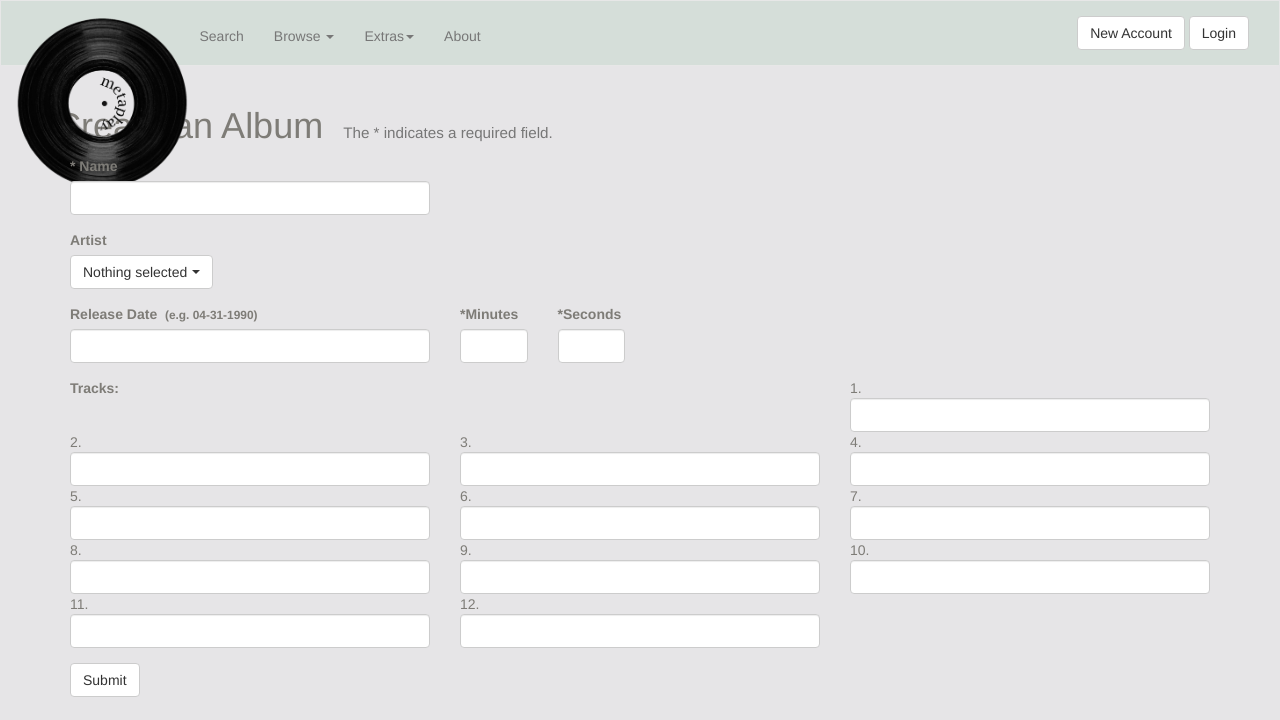
Repository: dRiott/Metaplay
Page: http://localhost/metaplay/WEB-INF/views/album_add.jsp
These files come from the project's save history. The page is drawn as it stood at one moment and after the next save; the edit follows.
The browser window is 1280 px wide. The pictures show the whole page.
Some web libraries are served in a nearby version. The page is served by Tomcat 9. Nobody is signed in. Other server files are loaded and not shown. The template is opened directly, without the code that normally fills it, so the values that code supplies are empty.

Above is the page before, as saved 2015-09-29 20:35:43.
Console error: TypeError: Cannot set properties of null (setting 'value')

### metaplay/src/main/webapp/WEB-INF/views/album_add.jsp
<%@ page language="java" contentType="text/html; charset=ISO-8859-1"
	pageEncoding="ISO-8859-1"%>
<%@ taglib uri="http://www.springframework.org/tags" prefix="spring"%>
<%@ taglib uri="http://www.springframework.org/tags/form" prefix="form"%>
<%@ taglib prefix="c" uri="http://java.sun.com/jsp/jstl/core"%>

<!DOCTYPE html>
<html>
<head>
<meta http-equiv="Content-Type" content="text/html; charset=ISO-8859-1">
<title>Album Manager</title>

<link rel="stylesheet" href="https://maxcdn.bootstrapcdn.com/bootstrap/3.3.4/css/bootstrap.min.css">
<link rel="stylesheet" href="<spring:url value="/resources/css/home.css"/>" type="text/css" />
<link rel="stylesheet" href="<spring:url value="/resources/css/bootstrap-select.min.css"/>" type="text/css" />
<script src="https://ajax.googleapis.com/ajax/libs/jquery/1.11.2/jquery.min.js"></script>
<script src="https://maxcdn.bootstrapcdn.com/bootstrap/3.3.4/js/bootstrap.min.js"></script>
<script src="<spring:url value="/resources/js/bootstrap-select.min.js"/>"></script>

</head>
<body>

	<jsp:include page="../views/fragments/landingPageFragment.jsp"></jsp:include>

	<div class="container">

		<div class="row">
			<h1>Create an Album&nbsp&nbsp<small><small>The * indicates a required field.</small></small></h1>
		</div>

		<spring:url value="/album/review" var="thisFormURL" />
		<form:form action="${thisFormURL}" method="post" modelAttribute="createAlbumWrapper" onsubmit="return validate(this);">
		<form:errors path="*" element="div" cssClass="errors"/>
	        	<div class="form-group">
					<div class="row">
						<div class="col-md-4">
							<label for="albumName">* Name</label>
							<form:input type="text" path="name" id="albumName" cssClass="form-control" cssErrorClass="has-error"/>
						</div>
					</div>
					<div class="form-group" style="float:clear;"></div>

						<!-- BEGIN Artist -->
					<div class="row">
						<div class="col-md-1">
							<label for="albumArtistName">Artist</label>
							<form:select path="artistFromList" cssClass="selectpicker" id="albumArtistName" >
								<form:options items="${artistOptions}" />
							</form:select>
						</div>
					</div>
					<div class="form-group" style="float:clear;"></div>
					<div class="form-group" id="newAlbumArtistName" style="display:none;">
						<hr/>
						<label for="newAlbumArtistName" style="font-style:italic;">New Artist:</label>
						<form:input cssClass="form-control" type="text" path="theNewArtist" id="newAlbumArtistNameInput" cssErrorClass="has-error" />
					<div class="form-group" style="float:clear;"></div>
						<label for="newAlbumArtistButton" style="font-style:italic;">Or...</label>
						<a href="<spring:url value="/artist/add"/>" class="btn btn-default">Go To Add Artist Page</a>
						<hr/>
					</div>
					<!-- END Artist -->

					<div class="form-group" style="float:clear;"></div>

					<div class="row">
						<div class="col-md-4">
							<label for="albumReleaseDate">Release Date&nbsp&nbsp<small>(e.g. 04-31-1990)</small></label>
							<form:input path="releaseDate" cssClass="form-control"
								id="albumReleaseDate" />
						</div>

						<div class="col-md-1">
							<label for="albumLengthMinutes">*Minutes</label>
							<form:input path="lengthMinutes" id="albumLengthSeconds"  cssClass="form-control"/>
						</div>

						<div class="col-md-1">
							<label for="albumLengthSeconds">*Seconds</label>
							<form:input path="lengthSeconds" id="albumLengthSeconds" cssClass="form-control"/>
						</div>
					</div>

					<div class="form-group" style="float:clear;"></div>

					<div class="row">
						<div class="col-md-8">
							<label for="albumTrack">Tracks: </label>
						</div>

						<div class="col-md-4 showNextTrack">
							<span>1. </span>
							<form:input path="tracks[0].name" cssClass="form-control" id="albumTrack1" />
						</div>
						<div class="col-md-4 showNextTrack">
							<span>2. </span>
							<form:input path="tracks[1].name" cssClass="form-control" id="albumTrack2" />
						</div>
						<div class="col-md-4 showNextTrack">
							<span>3. </span>
							<form:input path="tracks[2].name" cssClass="form-control" id="albumTrack3" />
						</div>
						<div class="col-md-4 showNextTrack">
							<span>4. </span>
							<form:input path="tracks[3].name" cssClass="form-control" id="albumTrack4" />
						</div>
						<div class="col-md-4">
							<span>5. </span>
							<form:input path="tracks[4].name" cssClass="form-control" id="albumTrack5" />
						</div>
						<div class="col-md-4">
							<span>6. </span>
							<form:input path="tracks[5].name" cssClass="form-control" id="albumTrack6" />
						</div>
						<div class="col-md-4">
							<span>7. </span>
							<form:input path="tracks[6].name" cssClass="form-control" id="albumTrack7" />
						</div>
						<div class="col-md-4 showNextTrack">
							<span>8. </span>
							<form:input path="tracks[7].name" cssClass="form-control" id="albumTrack8" />
						</div>
						<div class="col-md-4 showNextTrack">
							<span>9. </span>
							<form:input path="tracks[8].name" cssClass="form-control" id="albumTrack9" />
						</div>
						<div class="col-md-4 showNextTrack">
							<span>10. </span>
							<form:input path="tracks[9].name" cssClass="form-control" id="albumTrack10" />
						</div>
						<div class="col-md-4 showNextTrack">
							<span>11. </span>
							<form:input path="tracks[10].name" cssClass="form-control" id="albumTrack11" />
						</div>
						<div class="col-md-4" id="12">
							<span>12. </span>
							<form:input path="tracks[11].name" cssClass="form-control" id="albumTrack12" />
						</div>

						<div class="col-md-4" style="display:none;" id="13">
							<span>13. </span>
							<form:input path="tracks[12].name" cssClass="form-control" id="albumTrack13" />
						</div>
						<div class="col-md-4" style="display:none;" id="14">
							<span>14. </span>
							<form:input path="tracks[13].name" cssClass="form-control" id="albumTrack14" />
						</div>
						<div class="col-md-4" style="display:none;" id="15">
							<span>15. </span>
							<form:input path="tracks[14].name" cssClass="form-control" id="albumTrack15" />
						</div>
						<div class="col-md-4" style="display:none;" id="16">
							<span>16. </span>
							<form:input path="tracks[15].name" cssClass="form-control" id="albumTrack16" />
						</div>
						<div class="col-md-4" style="display:none;" id="17">
							<span>17. </span>
							<form:input path="tracks[16].name" cssClass="form-control" id="albumTrack17" />
						</div>
						<div class="col-md-4" style="display:none;" id="18">
							<span>18. </span>
							<form:input path="tracks[17].name" cssClass="form-control" id="albumTrack18" />
						</div>
						<div class="col-md-4" style="display:none;" id="19">
							<span>19. </span>
							<form:input path="tracks[18].name" cssClass="form-control" id="albumTrack19" />
						</div>
						<div class="col-md-4" style="display:none;" id="20">
							<span>20. </span>
							<form:input path="tracks[19].name" cssClass="form-control" id="albumTrack20" />
						</div>
						<div class="col-md-4" style="display:none;" id="21">
							<span>21. </span>
							<form:input path="tracks[20].name" cssClass="form-control" id="albumTrack21" />
						</div>
						<div class="col-md-4" style="display:none;" id="22">
							<span>22. </span>
							<form:input path="tracks[21].name" cssClass="form-control" id="albumTrack22" />
						</div>
						<div class="col-md-4" style="display:none;" id="23">
							<span>23. </span>
							<form:input path="tracks[22].name" cssClass="form-control" id="albumTrack23" />
						</div>
						<div class="col-md-4" style="display:none;" id="24">
							<span>24. </span>
							<form:input path="tracks[23].name" cssClass="form-control" id="albumTrack24" />
						</div>
						<div class="col-md-4" style="display:none;" id="25">
							<span>25. </span>
							<form:input path="tracks[24].name" cssClass="form-control" id="albumTrack25" />
						</div>
						<div class="col-md-4" style="display:none;" id="26">
							<span>26. </span>
							<form:input path="tracks[25].name" cssClass="form-control" id="albumTrack26" />
						</div>
						<div class="col-md-4" style="display:none;" id="27">
							<span>27. </span>
							<form:input path="tracks[26].name" cssClass="form-control" id="albumTrack27" />
						</div>
						<div class="col-md-4" style="display:none;" id="28">
							<span>28. </span>
							<form:input path="tracks[27].name" cssClass="form-control" id="albumTrack28" />
						</div>
						<div class="col-md-4" style="display:none;" id="29">
							<span>29. </span>
							<form:input path="tracks[28].name" cssClass="form-control" id="albumTrack29" />
						</div>
						<div class="col-md-4" style="display:none;" id="30">
							<span>30. </span>
							<form:input path="tracks[29].name" cssClass="form-control" id="albumTrack30" />
						</div>
					</div>

					<div class="form-group" style="float:clear;"></div>

					<button type="submit" class="btn btn-default">Submit</button>
				</div>
		</form:form>
	</div>

	<script src="<spring:url value="/resources/js/albumAddShowHide.js"/>"></script>

</body>
</html>

### metaplay/src/main/webapp/WEB-INF/views/fragments/landingPageFragment.jsp
<%@ taglib prefix="spring" uri="http://www.springframework.org/tags"%>
<%@ taglib prefix="c" uri="http://java.sun.com/jsp/jstl/core"%>
<%@ taglib uri="http://www.springframework.org/tags/form" prefix="form"%>

<nav class="navbar navbar-default">
	<div class="container-fluid drNavDiv">

		<!-- Logo -->
		<div class="imageLogoDiv" >
			<a class="navbar-brand" href="<spring:url value="/"/>">
				<img class="imageLogo logo" src="<spring:url value="/resources/img/vinylDark.gif" />" id="logo"	alt="logoDark.gif" style="width:auto\9"/>
				<img class="imageLogoLayer logo" src="<spring:url value="/resources/img/vinyl.gif" />" id="logoLightLayer" alt="logoLight.gif" style="width:auto\9"/>
			</a>
		</div>

		<!-- BEGIN HEADER LINKS -->
		<div class="DRnavBarDiv">
			<ul class="nav navbar-nav" style="padding-top: 10px;">

				<!-- Search -->
				<li><a id="searchLink" href="<spring:url value="/search"/>">Search</a></li>

				<!-- Browse -->
				<li class="dropdown"><a href="#" class="dropdown-toggle"
					data-toggle="dropdown" role="button" aria-expanded="false">Browse <span class="caret"></span></a>
					<ul class="dropdown-menu" role="menu">
						<li><a href="<spring:url value="/browse/accounts"/>">Accounts</a></li>
						<li><a href="<spring:url value="/browse/albums"/>">Albums</a></li>
						<li><a href="<spring:url value="/browse/artists"/>">Artists</a></li>
						<li><a href="<spring:url value="/browse/genres"/>">Genres</a></li>
						<li><a href="<spring:url value="/browse/locations"/>">Locations</a></li>
						<li><a href="<spring:url value="/browse/members"/>">Members</a></li>
						<li><a href="<spring:url value="/browse/playlists"/>">Playlists</a></li>
						<li><a href="<spring:url value="/browse/recordlabels"/>">Record Labels</a></li>
						<li><a href="<spring:url value="/browse/tracks"/>">Tracks</a></li>
					</ul>
				</li>

				<!-- More -->
				<li class="dropdown"><a href="#" class="dropdown-toggle"
					data-toggle="dropdown" role="button" aria-expanded="false">Extras<span class="caret"></span></a>
					<ul class="dropdown-menu" role="menu">
						<li><a href="<spring:url value="/payment/process"/>">Payment</a></li>
						<li><a href="<spring:url value="/role/add"/>">Roles</a></li>
					</ul>
				</li>

				<!-- About -->
				<li><a href="<spring:url value="/about"/>">About</a></li>

			</ul>
		</div>

		<!-- Accountname / New Account, Logout -->
		<c:set var="authentication" value="${pageContext.request.userPrincipal}"/>
		<c:choose>
			<c:when test="${authentication!=null}">
				<c:set var="currentUser" value="${authentication.name}"/>
				<c:url var="logoutUrl" value="/logout"/>
				<!-- Form MUST BE A POST TO PROTECT AGAINST CROSS-SITE REQUEST FORGERY -->
				<form:form class="navbar-form pull-right" action="${logoutUrl}" method="post">
					<input type="submit" class="btn btn-default drHeaderButton" value="Logout" />
				</form:form>
				<p class="navbar-text pull-right">
					<c:out value="${currentUser}"/>
				</p>
			</c:when>
			<c:otherwise>
				<p class="navbar-text pull-right">
					<c:url value="/account/add" var="accountAddUrl"/>
					<c:url value="/account/login" var="loginUrl"/>
					<a href="${accountAddUrl}" class="btn btn-default drHeaderButton">New Account</a>
					<a href="${loginUrl}" class="btn btn-default drHeaderButton">Login</a>
				</p>
			</c:otherwise>
		</c:choose>

	</div>
</nav>

### metaplay/src/main/webapp/resources/css/home.css
/**
The padding for the main containers are all set with javascript in footer.js based on the position of the Search nav item.
*/

html {
    /*prevents horizontal scrolling*/
    max-width: 100%;
    overflow-x: hidden;
}

body {
	background: #e6e5e7 fixed bottom right no-repeat;
	background-size: 500px Auto;
	font-family: Helvetica Neue, Helvetica, Arial, sans-serif;
    color: #7E7C77;

    /*prevents horizontal scrolling*/
    max-width: 100%;
    overflow-x: hidden;
}

audio {
    background-color: #EEEEEE;
}

/* hr elements appear on browsing pages, and occasionally add pages. */
hr {
    margin-left:0;
    width: 40%;
}

/* styling of the anchor tags */
a {
  text-decoration: inherit;
  font-style: inherit;
  color: #6c9985;
}

a:hover {
 text-decoration: underline;
 color: #618975;
}

/* a:visited {
	border: none;
	text-decoration: none;
	font-style: normal;
	color: #FC9D9A;
} */

/* e.g. on about.jsp */
a.mono {
    font-family: monospace, sans-serif;
    font-style: italic;
}

/* any input box -- set to change the shadow and border */
.form-control:focus {
  border-color: #99B2B7;
  box-shadow: inset 0 1px 1px rgba(0, 0, 0, 0.075), 0 0 8px rgba(153,178,183, 0.6);
}

/* h1 at the top of almost every page. */
.dH1 {
    font-family: Helvetica Neue, Helvetica, Arial, sans-serif;
    font-style: italic;
    color: #7E7C77;
    /* slategray; Pachyderm by Yasmino: #7A6A53 */
}

.drHeaderButton {
	/* css for the buttons in the header navbar*/
}

/* header nav bar! */
.drNavDiv {
	/*
	dark grey blue: C5E0DC
	grey green: #D5DED9
	bond: #D5DED9
	current fave: #C5E0DC
	*/
	background-color:#D5DED9;
	color: #948C75;
}

/* used for notifying the user of certain privileges they don't have if they're not logged in or have the right role. */
.drSecurity {
    font-family: monospace, sans-serif;
    font-style: italic;
    color: #7E7C77;
}


/* any span used for slight horizontal spacing */
.dSpan {
    padding-left: 10px;
}

/* spacing to clear left of the logo */
.DRnavBarDiv{
	padding-left: 13.5%;
}

/* div containing the logo */
.imageLogoDiv{
	display:block;
	clear:right;
}

/* logo itself: under-layer */
.imageLogo {
	width:13.5%;
	max-width:180px;
	position: absolute;
    clear: both;
   	height:auto;

    /* Spin only the record, not the glossy logoLayer.*/
	-webkit-animation:spin 4s linear infinite;
    -moz-animation:spin 4s linear infinite;
    animation:spin 4s linear infinite;
}

/* Spin the Logo! */
@-moz-keyframes spin { 100% { -moz-transform: rotate(360deg); } }
@-webkit-keyframes spin { 100% { -webkit-transform: rotate(360deg); } }
@keyframes spin { 100% { -webkit-transform: rotate(360deg); transform:rotate(360deg); } }

/* the lighter logo layer on top of the logo*/
.imageLogoLayer {
	width:13.5%;
	opacity: .4;
	max-width:180px;
    position: absolute;
    clear: both;
   	height:auto;
}

/* This class is added to tables that I wanted to not take up all of the page. Now, they look nicer. */
.browseTable {
	width: 80%;
}

/* This handles the ?error url param for incorrect account/password combinations,
	 and also #messageDiv on the single_playlist.jsp */
.error {
    font-family: monospace, sans-serif;
    font-style: italic;
    padding: 15px;
    margin-bottom: 20px;
    border: #ebccd1 1px solid;
    border-radius: 4px;
    color: #E08E79;
    background-color: #f2dede;
}

/* This handles the ?logout url param for the index page,
	and also #messageDiv on the single_playlist.jsp */
.msg {
	margin-left: 15px;
	padding: 15px;
	border: #b3bcba 1px solid;
	border-radius: 4px;
	color: #7E7C77;
	background-color: #D5DED9;
}

/* this class is added to the body of pages that need to have their positioning changed on page load.
	they are first repositioned as invisible to the page, then they are revealed (this class is removed) */
.delayedReveal {
    visibility: hidden;
}

/* override the default hightlight color */
::selection {
  background: #ffb7b7; /* WebKit/Blink Browsers */
}
::-moz-selection {
  background: #ffb7b7; /* Gecko Browsers */
}

### metaplay/src/main/webapp/resources/js/albumAddShowHide.js

$(document).ready(function () {

	//Artist Options "Other" Box Hide/Unhide
	var selectOtherAR = $("#albumArtistName");
	selectOtherAR.change(function(){
		var inputBoxAR = $("#newAlbumArtistName");
		var artistAddButton = $("#newAlbumArtistAddButton");
		if(selectOtherAR.val()=="** New Artist **") {
			inputBoxAR.show();
			artistAddButton.show();
		} else {
			inputBoxAR.hide();
			artistAddButton.hide();
		}
	});

	// new record label show/hide
	var selectOtherRL = $("#recordLabelName");
	selectOtherRL.change(function(){
		var inputBoxRL = $("#newRecordLabelName");
		var recordLabelLocationDiv = $("#newRecordLabelLocation");
		var hr1 = $("#recordLabelHr1");
		var hr2 = $("#recordLabelHr2");
		var newCountryDiv = $("#newCountryDiv");

		if(selectOtherRL.val()=="** New Record Label **") {
			inputBoxRL.show();
			recordLabelLocationDiv.show();
			hr1.show();
			hr2.show();
			newCountryDiv.show();
		} else {
			inputBoxRL.hide();
			recordLabelLocationDiv.hide();
			hr1.hide();
			hr2.hide();
			newCountryDiv.hide();
		}
	}); //end record label on change

	var rlCountries = $("#rlCountries");
	if(rlCountries.val()=="** New Country **") {
		console.log("new country");

	}

	rlCountries.change(function() {
		var newCountry = $("#rlCountry");
		var rlState = $("#rlState");
		var city = $("#recordLabelCity");

		if(rlCountries.val()=="United States") {
			rlState.show();
			newCountry.hide();
			city.attr("placeholder", "Birmingham");
		} else if (rlCountries.val()=="** New Country **") {
			city.focus();
			city.blur(function () {
				newCountry.focus()
			})

			rlState.hide();
			newCountry.attr("placeholder", "England");
			newCountry.show();
			city.attr("placeholder", "London");
		} else {
			rlState.hide();
			newCountry.hide();
		}
	});


	//gets rid of the Album Length zeros on load
	$("#albumMinutes").val("");
	$("#albumSeconds").val("");

	//gets rid of the zeros on load
	for(var i = 1; i<31; i++){
		var minutesId = "minutes" + i;
		var minutes = document.getElementById(minutesId);
		minutes.value = "";
		var secondsId = "seconds" + i;
		var seconds = document.getElementById(secondsId);
		seconds.value = "";
		var bpmId = "bpm" + i;
		var bpm = document.getElementById(bpmId);
		bpm.value = "";
	}

}); // end document.ready

//repopulates the zeros to prevent number format error
function ensureVoidsAreZeroes() {
	var bpms = $(".bpm");
	for(var i = 1; i<31; i++){
		var minutesId = "minutes" + i;
		var minutes = document.getElementById(minutesId);
		if(minutes.value == "") {
			minutes.value = 0;
		};
		var secondsId = "seconds" + i;
		var seconds = document.getElementById(secondsId);
		if(seconds.value == "") {
			seconds.value = 0;
		};
		var bpmId = "bpm" + i;
		var bpm = document.getElementById(bpmId);
		if(bpm.value == "") {
			bpm.value = 0;
		};
	}

	var albumMinutes = document.getElementById("albumMinutes");
	if(albumMinutes.value == "") {
		albumMinutes.value = 0;
	};
	var albumSeconds = document.getElementById("albumSeconds");
	if(albumSeconds.value == "") {
		albumSeconds.value = 0;
	};
}

//scrolls the window down as a new track is shown.
function reveal(id) {
	id += 1;
	element = document.getElementById(id);
	element.style.display="inline";
	if(id>2) {
//		window.scrollTo(0,document.body.scrollHeight);
		scrollToElement(element, 1000);
	}
}

var scrollToElement = function(element, ms){
    var speed = (ms) ? ms : 600;
    $('html,body').animate({
        scrollTop: $(element).offset().top
    }, speed);
}

// specify id of element and optional scroll speed as arguments

Loaded but not shown: metaplay/src/main/webapp/resources/css/bootstrap-select.min.css (library); metaplay/src/main/webapp/resources/js/bootstrap-select.min.js (library)

After the next save:
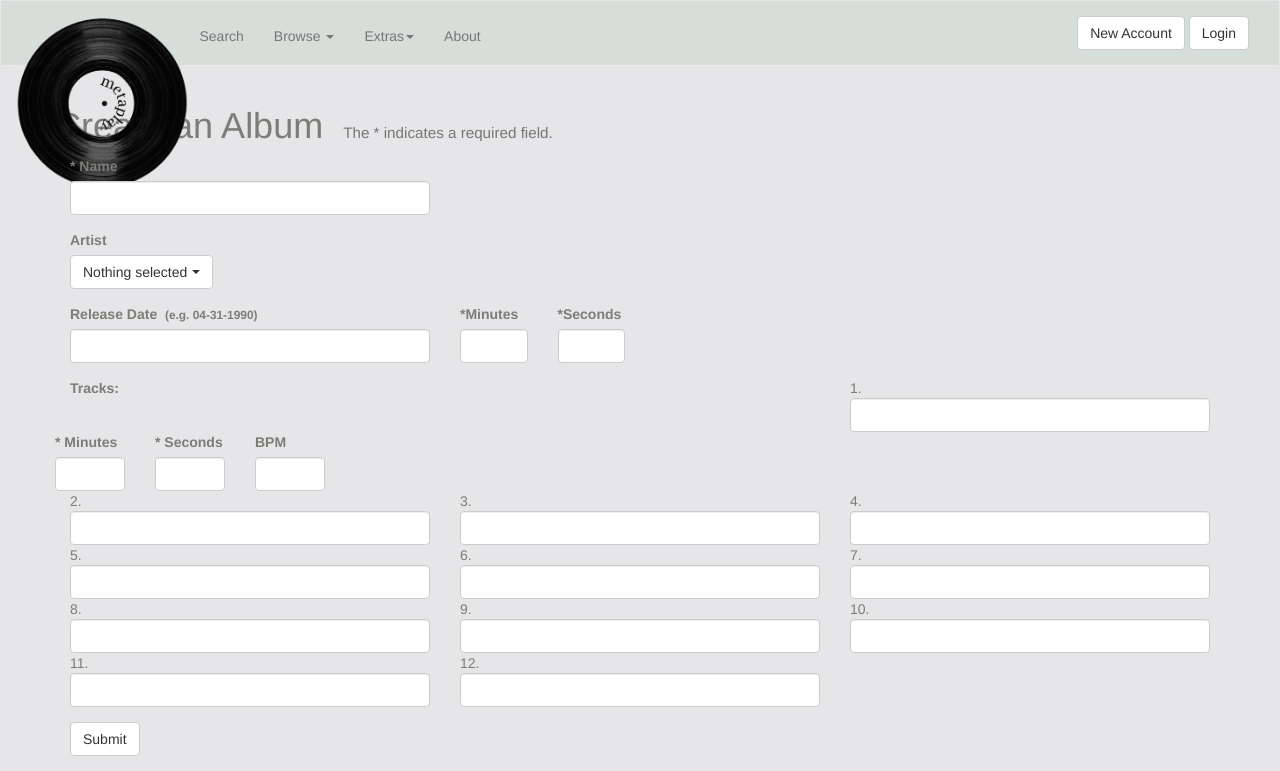
Saved 12 min 30 s later.
--- a/metaplay/src/main/webapp/WEB-INF/views/album_add.jsp
+++ b/metaplay/src/main/webapp/WEB-INF/views/album_add.jsp
@@ -92,6 +92,21 @@
 							<span>1. </span>
 							<form:input path="tracks[0].name" cssClass="form-control" id="albumTrack1" />
 						</div>
+						<div class="row">
+							<div class="col-md-1">
+								<label for="trackLengthMinutes">* Minutes</label>
+								<form:input path="tracks[0].minutes" id="trackLengthMinutes"  cssClass="form-control"/>
+							</div>
+
+							<div class="col-md-1">
+								<label for="trackLengthSeconds">* Seconds</label>
+								<form:input path="tracks[0].seconds" id="trackLengthSeconds" cssClass="form-control"/>
+							</div>
+							<div class="col-md-1">
+								<label for="trackBpm">BPM</label>
+								<form:input path="bpm" cssClass="form-control" id="trackBpm" />
+							</div>
+						</div>
 						<div class="col-md-4 showNextTrack">
 							<span>2. </span>
 							<form:input path="tracks[1].name" cssClass="form-control" id="albumTrack2" />
